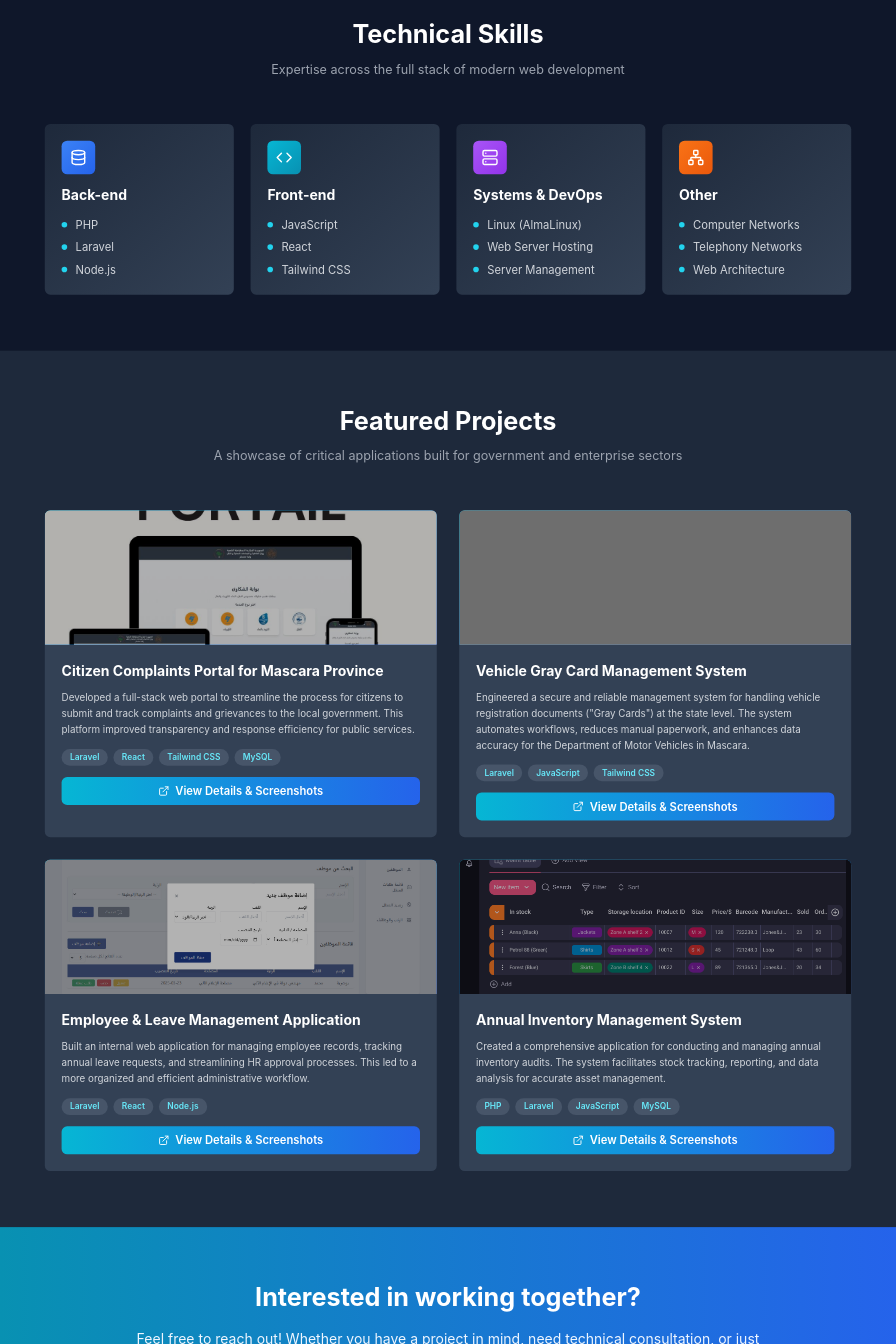
Repository: BouderbaM/portfloio
Page: /
These files come from the project's save history. The page is drawn as it stood at one moment and after the next save; the edit follows.
The browser window is 1280 px wide. The pictures show the part of the page from y = 780 to 2700 px (the page is 3404 px tall), at 70% of full size.
Pictures or frames that could not be fetched are drawn as grey boxes. The project was rebuilt for these pictures with package versions that can differ from the ones it lists, and the page was loaded fresh each time. Also part of the build but not shown: vite.config.js.

Above is the page before, as saved 2025-11-29 21:17:18.

### index.html
<!doctype html>
<html lang="en">
  <head>
    <meta charset="UTF-8" />
    <link rel="icon" type="image/svg+xml" href="/vite.svg" />
    <meta name="viewport" content="width=device-width, initial-scale=1.0" />
    <meta name="description" content="Mohamed Bouderba - Full-Stack Software Engineer Portfolio. 5 years of experience in Laravel, React, and Node.js development." />
    <meta name="theme-color" content="#0f172a" />
    <title>Mohamed Bouderba - Full-Stack Software Engineer</title>
  </head>
  <body class="bg-slate-900 text-gray-100">
    <div id="root"></div>
    <script type="module" src="/src/main.jsx"></script>
  </body>
</html>

### src/App.jsx
import Header from './components/Header';
import Hero from './components/Hero';
import Skills from './components/Skills';
import Projects from './components/Projects';
import CTA from './components/CTA';
import Footer from './components/Footer';

export default function App() {
  return (
    <div className="min-h-screen bg-slate-900 text-gray-100">
      <Header />
      <Hero />
      <Skills />
      <Projects />
      <CTA />
      <Footer />
    </div>
  );
}

### src/index.css
@tailwind base;
@tailwind components;
@tailwind utilities;

/* Global styles */
html, body, #root {
  height: 100%;
}
body {
  @apply bg-slate-900 text-gray-100 font-sans;
}

### src/components/Header.jsx
import { useState } from 'react';
import { Menu, X } from 'lucide-react';

export default function Header() {
  const [isMenuOpen, setIsMenuOpen] = useState(false);

  const toggleMenu = () => {
    setIsMenuOpen(!isMenuOpen);
  };

  const scrollToSection = (id) => {
    setIsMenuOpen(false);
    const element = document.getElementById(id);
    if (element) {
      element.scrollIntoView({ behavior: 'smooth' });
    }
  };

  return (
    <header className="sticky top-0 z-50 bg-slate-900 border-b border-slate-800">
      <div className="max-w-6xl mx-auto px-4 sm:px-6 lg:px-8">
        <div className="flex justify-between items-center h-16">
          {/* Logo/Name */}
          <div className="flex-shrink-0">
            <a href="#" className="text-2xl font-bold text-white hover:text-cyan-400 transition">
              MB
            </a>
          </div>

          {/* Desktop Navigation */}
          <nav className="hidden md:flex space-x-8">
            <button
              onClick={() => scrollToSection('hero')}
              className="text-gray-300 hover:text-cyan-400 transition font-medium"
            >
              Home
            </button>
            <button
              onClick={() => scrollToSection('skills')}
              className="text-gray-300 hover:text-cyan-400 transition font-medium"
            >
              Skills
            </button>
            <button
              onClick={() => scrollToSection('projects')}
              className="text-gray-300 hover:text-cyan-400 transition font-medium"
            >
              Projects
            </button>
            <button
              onClick={() => scrollToSection('contact')}
              className="text-gray-300 hover:text-cyan-400 transition font-medium"
            >
              Contact
            </button>
          </nav>

          {/* Mobile menu button */}
          <div className="md:hidden">
            <button
              onClick={toggleMenu}
              className="inline-flex items-center justify-center p-2 rounded-md text-gray-300 hover:text-white hover:bg-slate-800 transition"
            >
              {isMenuOpen ? <X size={24} /> : <Menu size={24} />}
            </button>
          </div>
        </div>

        {/* Mobile Navigation */}
        {isMenuOpen && (
          <nav className="md:hidden pb-4 space-y-2">
            <button
              onClick={() => scrollToSection('hero')}
              className="block w-full text-left px-4 py-2 text-gray-300 hover:text-cyan-400 hover:bg-slate-800 rounded transition"
            >
              Home
            </button>
            <button
              onClick={() => scrollToSection('skills')}
              className="block w-full text-left px-4 py-2 text-gray-300 hover:text-cyan-400 hover:bg-slate-800 rounded transition"
            >
              Skills
            </button>
            <button
              onClick={() => scrollToSection('projects')}
              className="block w-full text-left px-4 py-2 text-gray-300 hover:text-cyan-400 hover:bg-slate-800 rounded transition"
            >
              Projects
            </button>
            <button
              onClick={() => scrollToSection('contact')}
              className="block w-full text-left px-4 py-2 text-gray-300 hover:text-cyan-400 hover:bg-slate-800 rounded transition"
            >
              Contact
            </button>
          </nav>
        )}
      </div>
    </header>
  );
}

### src/components/Hero.jsx
import { User } from 'lucide-react';

export default function Hero() {
  return (
    <section id="hero" className="relative bg-gradient-to-br from-slate-900 via-slate-900 to-slate-800 py-20 px-4 sm:px-6 lg:px-8">
      <div className="max-w-6xl mx-auto">
        <div className="grid grid-cols-1 md:grid-cols-2 gap-12 items-center">
          {/* Text Content */}
          <div className="space-y-6">
            <div>
              <h1 className="text-4xl sm:text-5xl font-bold text-white mb-2">
                Mohamed Bouderba
              </h1>
              <p className="text-xl sm:text-2xl text-cyan-400 font-semibold">
                Full-Stack Software Engineer
              </p>
            </div>

            <p className="text-gray-300 text-lg leading-relaxed">
              A dedicated Software Engineer with <span className="text-cyan-400 font-semibold">5 years of experience</span> in developing robust web applications for both government and private sectors. Proficient in the entire web development lifecycle, from concept to deployment and maintenance on Linux servers.
            </p>

            <p className="text-gray-400 text-base leading-relaxed">
              I am passionate and results-driven, specializing in building <span className="text-white font-semibold">efficient and scalable full-stack web applications</span>. With a strong foundation in both front-end and back-end technologies, I have successfully delivered several critical projects, including government portals and enterprise management systems.
            </p>

            <div className="flex flex-col sm:flex-row gap-4 pt-4">
              <a
                href="mailto:bouderbamohamed99@gmail.com"
                className="inline-flex items-center justify-center px-6 py-3 bg-cyan-500 hover:bg-cyan-600 text-white font-semibold rounded-lg transition transform hover:scale-105"
              >
                Get In Touch
              </a>
              <a
                href="https://linkedin.com/in/mohamed-bouderba-4ba74a351/"
                target="_blank"
                rel="noopener noreferrer"
                className="inline-flex items-center justify-center px-6 py-3 border-2 border-cyan-400 text-cyan-400 hover:bg-cyan-400 hover:text-slate-900 font-semibold rounded-lg transition"
              >
                View on LinkedIn
              </a>
            </div>
          </div>

          {/* Headshot */}
          <div className="flex justify-center">
            <img
              src="/headshot.jpg"
              alt="Mohamed Bouderba"
              className="w-64 h-64 sm:w-72 sm:h-72 rounded-lg shadow-lg hover:shadow-2xl transition object-cover"
              onError={(e) => {
                e.target.style.display = 'none';
              }}
            />
          </div>
        </div>
      </div>
    </section>
  );
}

### src/components/Skills.jsx
import { Code, Database, Server, Network } from 'lucide-react';

export default function Skills() {
  const skillCategories = [
    {
      icon: Database,
      title: 'Back-end',
      skills: ['PHP', 'Laravel', 'Node.js'],
      color: 'from-blue-500 to-blue-600',
    },
    {
      icon: Code,
      title: 'Front-end',
      skills: ['JavaScript', 'React', 'Tailwind CSS'],
      color: 'from-cyan-500 to-cyan-600',
    },
    {
      icon: Server,
      title: 'Systems & DevOps',
      skills: ['Linux (AlmaLinux)', 'Web Server Hosting', 'Server Management'],
      color: 'from-purple-500 to-purple-600',
    },
    {
      icon: Network,
      title: 'Other',
      skills: ['Computer Networks', 'Telephony Networks', 'Web Architecture'],
      color: 'from-orange-500 to-orange-600',
    },
  ];

  return (
    <section id="skills" className="py-20 px-4 sm:px-6 lg:px-8 bg-slate-900">
      <div className="max-w-6xl mx-auto">
        <div className="text-center mb-16">
          <h2 className="text-4xl font-bold text-white mb-4">Technical Skills</h2>
          <p className="text-gray-400 text-lg">Expertise across the full stack of modern web development</p>
        </div>

        <div className="grid grid-cols-1 md:grid-cols-2 lg:grid-cols-4 gap-6">
          {skillCategories.map((category, index) => {
            const Icon = category.icon;
            return (
              <div
                key={index}
                className="bg-gradient-to-br from-slate-800 to-slate-700 rounded-lg p-6 hover:shadow-lg hover:shadow-cyan-500/20 transition transform hover:-translate-y-1"
              >
                <div className={`w-12 h-12 bg-gradient-to-br ${category.color} rounded-lg flex items-center justify-center mb-4`}>
                  <Icon size={24} className="text-white" />
                </div>
                <h3 className="text-xl font-bold text-white mb-4">{category.title}</h3>
                <ul className="space-y-2">
                  {category.skills.map((skill, idx) => (
                    <li key={idx} className="text-gray-300 flex items-center">
                      <span className="w-2 h-2 bg-cyan-400 rounded-full mr-3"></span>
                      {skill}
                    </li>
                  ))}
                </ul>
              </div>
            );
          })}
        </div>
      </div>
    </section>
  );
}

### src/components/Projects.jsx
import { useState } from 'react';
import { ExternalLink, X } from 'lucide-react';

export default function Projects() {
  const [selectedProject, setSelectedProject] = useState(null);

  const projects = [
    {
      id: 1,
      title: 'Citizen Complaints Portal for Mascara Province',
      description: 'Developed a full-stack web portal to streamline the process for citizens to submit and track complaints and grievances to the local government. This platform improved transparency and response efficiency for public services.',
      technologies: ['Laravel', 'React', 'Tailwind CSS', 'MySQL'],
      image: '/citizen-portal.jpg',
    },
    {
      id: 2,
      title: 'Vehicle Gray Card Management System',
      description: 'Engineered a secure and reliable management system for handling vehicle registration documents ("Gray Cards") at the state level. The system automates workflows, reduces manual paperwork, and enhances data accuracy for the Department of Motor Vehicles in Mascara.',
      technologies: ['Laravel', 'JavaScript', 'Tailwind CSS'],
      image: '/gray-card.jpg',
    },
    {
      id: 3,
      title: 'Employee & Leave Management Application',
      description: 'Built an internal web application for managing employee records, tracking annual leave requests, and streamlining HR approval processes. This led to a more organized and efficient administrative workflow.',
      technologies: ['Laravel', 'React', 'Node.js'],
      image: '/hr-management.jpg',
    },
    {
      id: 4,
      title: 'Annual Inventory Management System',
      description: 'Created a comprehensive application for conducting and managing annual inventory audits. The system facilitates stock tracking, reporting, and data analysis for accurate asset management.',
      technologies: ['PHP', 'Laravel', 'JavaScript', 'MySQL'],
      image: '/inventory.jpg',
    },
  ];

  return (
    <section id="projects" className="py-20 px-4 sm:px-6 lg:px-8 bg-slate-800">
      <div className="max-w-6xl mx-auto">
        <div className="text-center mb-16">
          <h2 className="text-4xl font-bold text-white mb-4">Featured Projects</h2>
          <p className="text-gray-400 text-lg">A showcase of critical applications built for government and enterprise sectors</p>
        </div>

        <div className="grid grid-cols-1 md:grid-cols-2 gap-8">
          {projects.map((project) => (
            <div
              key={project.id}
              className="bg-slate-700 rounded-lg overflow-hidden hover:shadow-lg hover:shadow-cyan-500/20 transition transform hover:-translate-y-1"
            >
              {/* Project Image */}
              <div className="relative w-full h-48 bg-gradient-to-br from-cyan-500 to-blue-600 overflow-hidden group">
                <img
                  src={project.image}
                  alt={project.title}
                  className="w-full h-full object-cover group-hover:scale-110 transition transform duration-300"
                />
                <div className="absolute inset-0 bg-black/30 group-hover:bg-black/10 transition"></div>
              </div>

              {/* Project Content */}
              <div className="p-6">
                <h3 className="text-xl font-bold text-white mb-3">{project.title}</h3>
                <p className="text-gray-300 mb-4 text-sm leading-relaxed">{project.description}</p>

                {/* Technologies */}
                <div className="mb-4">
                  <div className="flex flex-wrap gap-2">
                    {project.technologies.map((tech, idx) => (
                      <span
                        key={idx}
                        className="inline-block bg-slate-600 text-cyan-300 px-3 py-1 rounded-full text-xs font-semibold"
                      >
                        {tech}
                      </span>
                    ))}
                  </div>
                </div>

                {/* View Details Button */}
                <button
                  onClick={() => setSelectedProject(project)}
                  className="w-full bg-gradient-to-r from-cyan-500 to-blue-600 hover:from-cyan-600 hover:to-blue-700 text-white font-semibold py-2 px-4 rounded-lg transition flex items-center justify-center gap-2"
                >
                  <ExternalLink size={16} />
                  View Details & Screenshots
                </button>
              </div>
            </div>
          ))}
        </div>
      </div>

      {/* Modal for Project Details */}
      {selectedProject && (
        <div className="fixed inset-0 z-50 flex items-center justify-center p-4 bg-black/50 backdrop-blur-sm">
          <div className="bg-slate-800 rounded-lg max-w-2xl w-full max-h-96 overflow-y-auto">
            <div className="sticky top-0 flex justify-between items-center p-6 bg-slate-700 border-b border-slate-600">
              <h3 className="text-2xl font-bold text-white">{selectedProject.title}</h3>
              <button
                onClick={() => setSelectedProject(null)}
                className="text-gray-400 hover:text-white transition"
              >
                <X size={24} />
              </button>
            </div>

            <div className="p-6 space-y-4">
              {/* Placeholder for Screenshots (removed text as requested) */}
              <div className="w-full h-64 bg-gradient-to-br from-cyan-500 to-blue-600 rounded-lg flex items-center justify-center" aria-hidden="true">
              </div>

              <div>
                <h4 className="text-lg font-bold text-white mb-2">Description</h4>
                <p className="text-gray-300">{selectedProject.description}</p>
              </div>

              <div>
                <h4 className="text-lg font-bold text-white mb-2">Technologies Used</h4>
                <div className="flex flex-wrap gap-2">
                  {selectedProject.technologies.map((tech, idx) => (
                    <span
                      key={idx}
                      className="bg-slate-700 text-cyan-300 px-4 py-2 rounded-full text-sm font-semibold"
                    >
                      {tech}
                    </span>
                  ))}
                </div>
              </div>
            </div>
          </div>
        </div>
      )}
    </section>
  );
}

### src/components/Footer.jsx
import { Heart, Linkedin, Github } from 'lucide-react';

export default function Footer() {
  const currentYear = new Date().getFullYear();

  return (
    <footer className="bg-slate-900 border-t border-slate-800 py-8 px-4 sm:px-6 lg:px-8">
      <div className="max-w-6xl mx-auto">
        <div className="flex flex-col md:flex-row justify-between items-center gap-6 mb-6">
          {/* Brand */}
          <div className="text-center md:text-left">
            <h3 className="text-2xl font-bold text-white mb-1">Mohamed Bouderba</h3>
            <p className="text-gray-400">Full-Stack Software Engineer</p>
          </div>

          {/* Social Links */}
          <div className="flex gap-4">
            <a
              href="https://linkedin.com/in/mohamed-bouderba-4ba74a351/"
              target="_blank"
              rel="noopener noreferrer"
              className="p-3 bg-slate-800 text-gray-300 hover:text-cyan-400 hover:bg-slate-700 rounded-lg transition"
              title="LinkedIn"
            >
              <Linkedin size={20} />
            </a>
            <a
              href="https://facebook.com/bdm.mohame"
              target="_blank"
              rel="noopener noreferrer"
              className="p-3 bg-slate-800 text-gray-300 hover:text-cyan-400 hover:bg-slate-700 rounded-lg transition"
              title="Facebook"
            >
              <svg className="w-5 h-5" fill="currentColor" viewBox="0 0 24 24">
                <path d="M24 12.073c0-6.627-5.373-12-12-12s-12 5.373-12 12c0 5.99 4.388 10.954 10.125 11.854v-8.385H7.078v-3.47h3.047V9.43c0-3.007 1.792-4.669 4.533-4.669 1.312 0 2.686.235 2.686.235v2.953H15.83c-1.491 0-1.956.925-1.956 1.874v2.25h3.328l-.532 3.47h-2.796v8.385C19.612 23.027 24 18.062 24 12.073z" />
              </svg>
            </a>
            <a
              href="mailto:bouderbamohamed99@gmail.com"
              className="p-3 bg-slate-800 text-gray-300 hover:text-cyan-400 hover:bg-slate-700 rounded-lg transition"
              title="Email"
            >
              <svg className="w-5 h-5" fill="none" stroke="currentColor" viewBox="0 0 24 24">
                <path strokeLinecap="round" strokeLinejoin="round" strokeWidth={2} d="M3 8l7.89 5.26a2 2 0 002.22 0L21 8M5 19h14a2 2 0 002-2V7a2 2 0 00-2-2H5a2 2 0 00-2 2v10a2 2 0 002 2z" />
              </svg>
            </a>
          </div>
        </div>

        {/* Divider */}
        <div className="border-t border-slate-800 my-6"></div>

        {/* Copyright */}
        <div className="text-center text-gray-400 text-sm">
          <p className="flex items-center justify-center gap-1 mb-2">
            Made with <Heart size={16} className="text-cyan-400" /> by Mohamed Bouderba
          </p>
          <p>&copy; {currentYear} Mohamed Bouderba. All rights reserved.</p>
        </div>
      </div>
    </footer>
  );
}

Loaded but not shown: src/main.jsx (common file); tailwind.config.js (18 lines, source omitted); src/components/CTA.jsx (88 lines, source omitted)

After the next save:
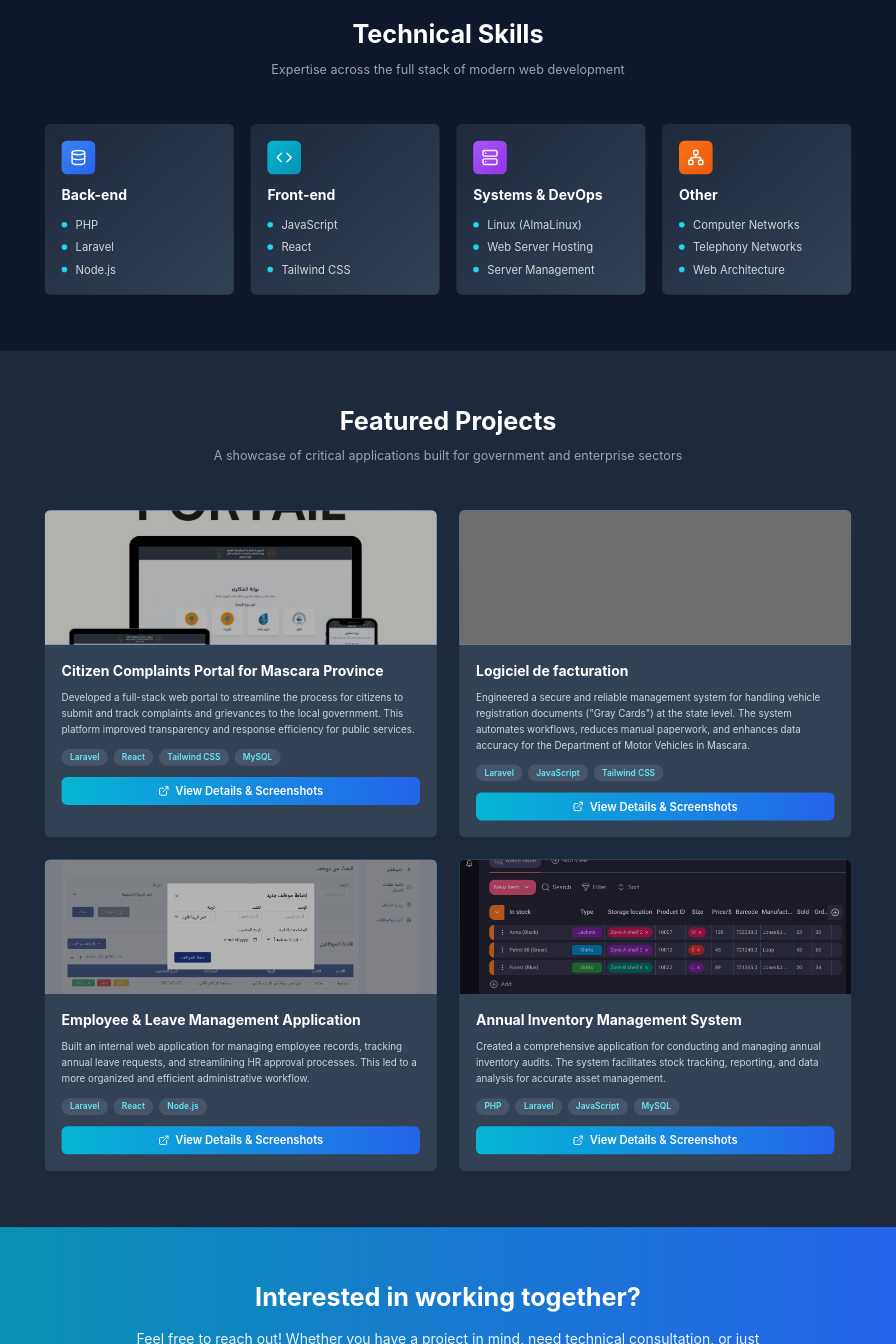
Saved 7 min 14 s later.
--- a/src/components/Projects.jsx
+++ b/src/components/Projects.jsx
@@ -14,7 +14,7 @@ export default function Projects() {
     },
     {
       id: 2,
-      title: 'Vehicle Gray Card Management System',
+      title: 'Logiciel de facturation',
       description: 'Engineered a secure and reliable management system for handling vehicle registration documents ("Gray Cards") at the state level. The system automates workflows, reduces manual paperwork, and enhances data accuracy for the Department of Motor Vehicles in Mascara.',
       technologies: ['Laravel', 'JavaScript', 'Tailwind CSS'],
       image: '/gray-card.jpg',
